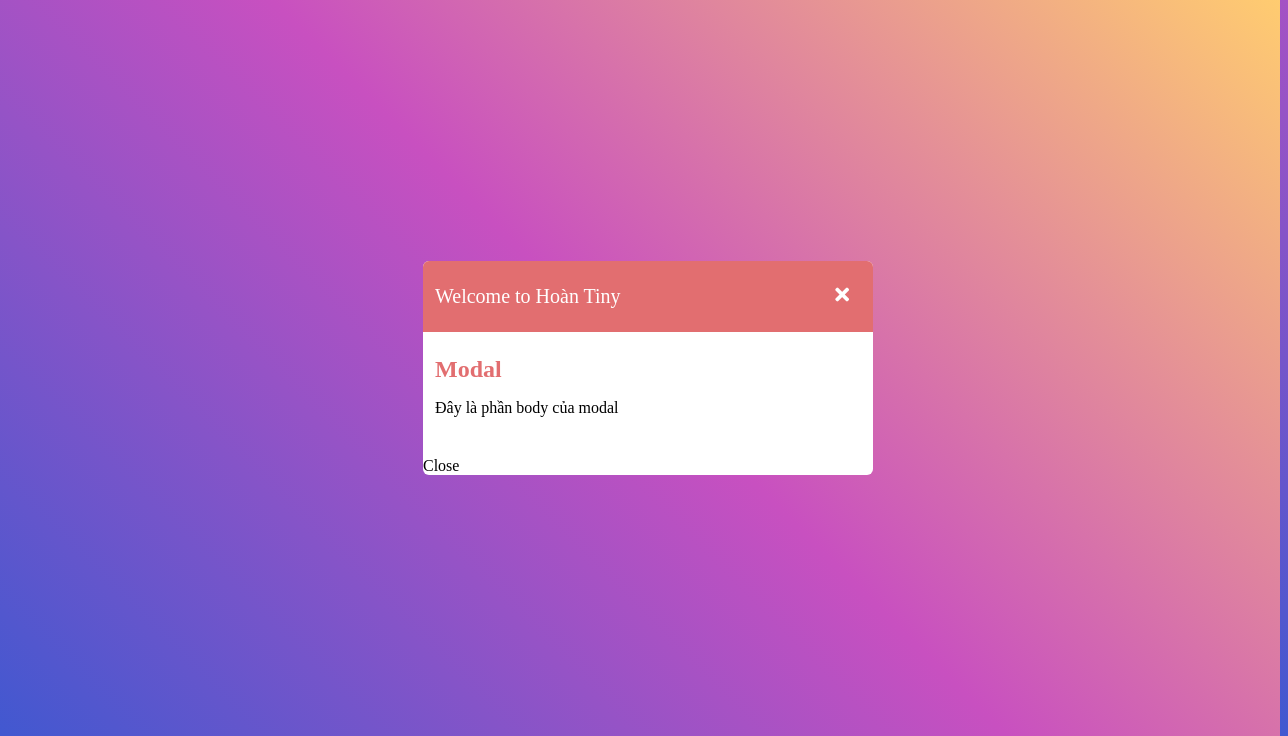
Repository: HoanTiny/30projects-30day
Page: Day 3/index.html
The author's editor kept a copy of each file at every save. The page is drawn from the files as they stood at one save, then again after the next save.
The browser window is 1280 px wide. The page is 1288 px wide, so the pictures cover 1288 px, including what lies to the right of the window. The pictures show the whole page.
Some web libraries are served in a nearby version.

Above is the page before, as saved 2021-12-01 16:08:48.

After the next save:
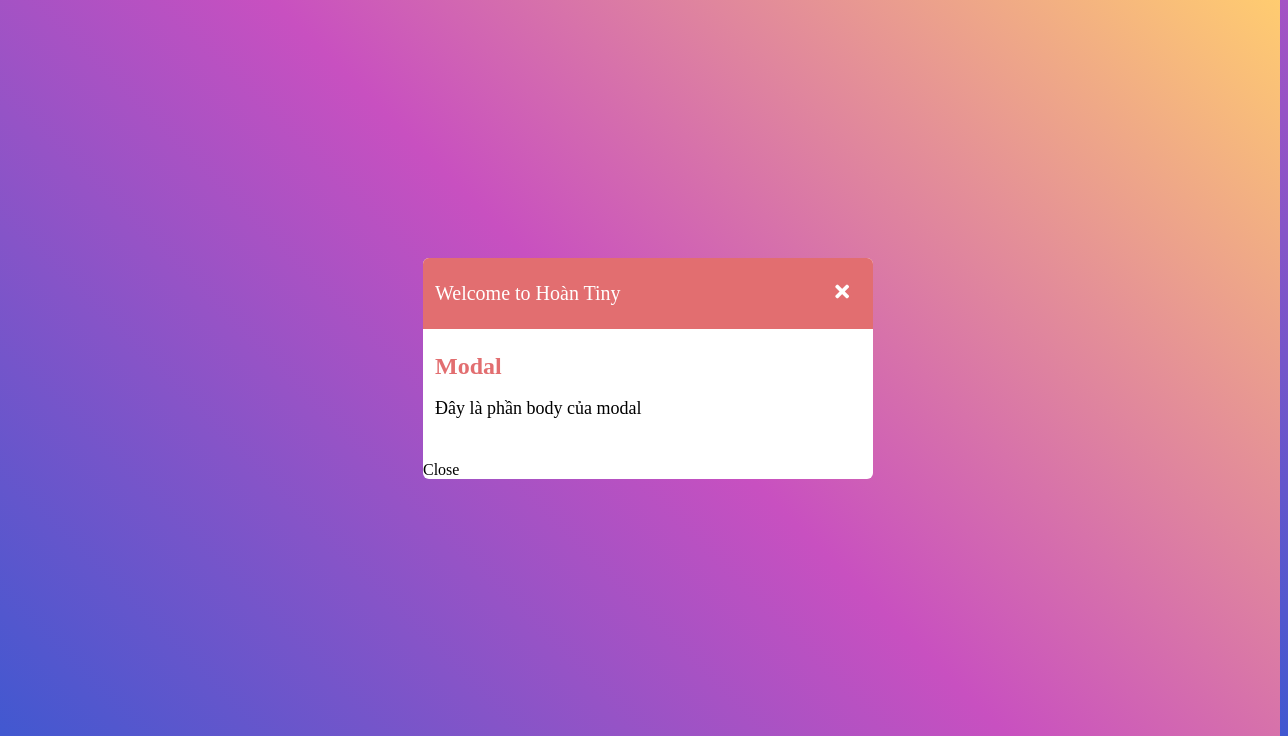
Saved 9 s later.
--- a/Day 3/styles.css
+++ b/Day 3/styles.css
@@ -48,6 +48,6 @@ body {
 }
 
 .body-modal p {
-    font: size 18px;
+    font-size: 18px;
     font-weight: 500;
 }
